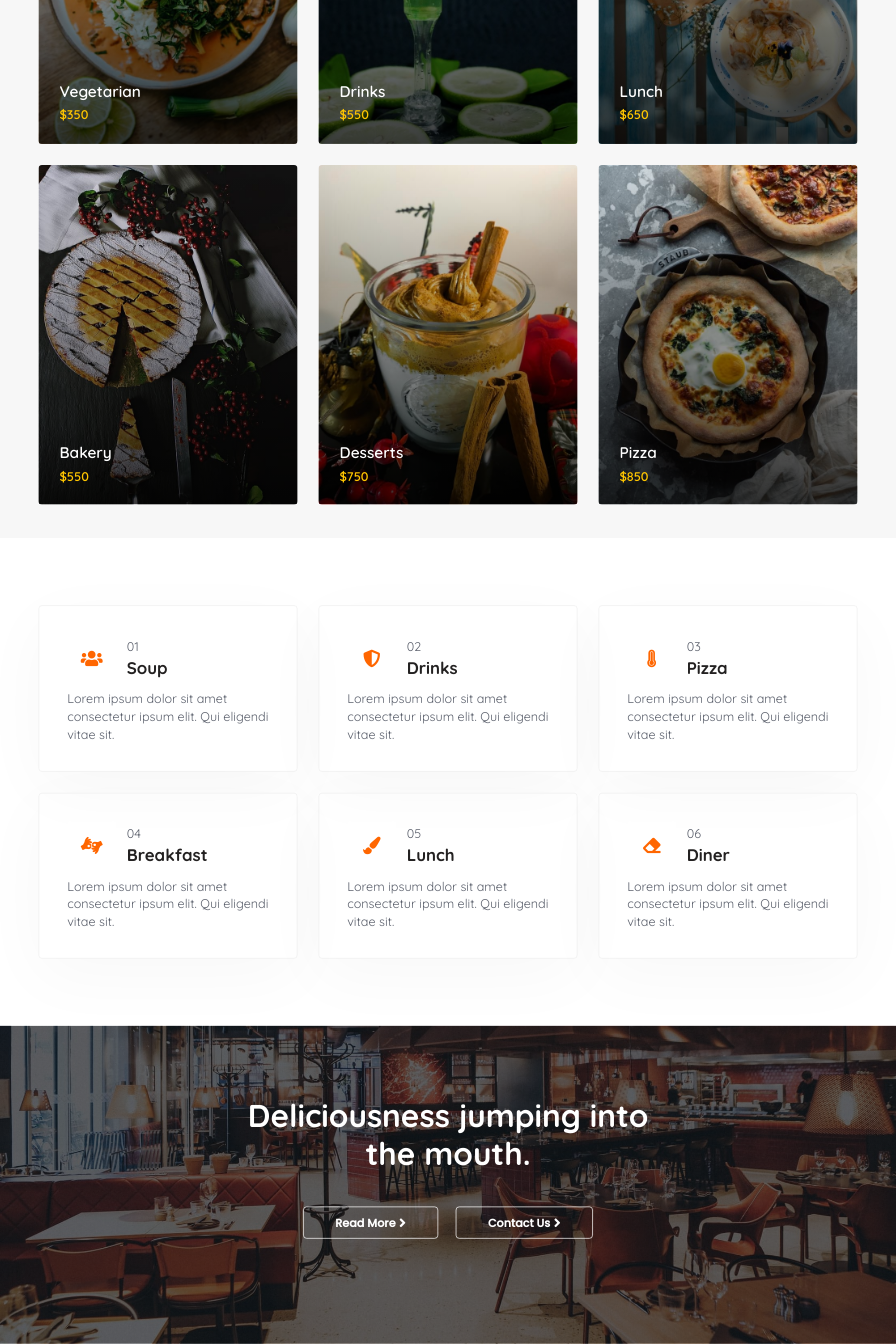
Repository: baobaodeveloper/bootscap21_project_AnhBao_VietToan_VietDuc
Page: index.html
The author's editor kept a copy of each file at every save. The page is drawn from the files as they stood at one save, then again after the next save.
The browser window is 1280 px wide. The pictures show the part of the page from y = 2031 to 3951 px (the page is 3951 px tall), at 70% of full size.
Backgrounds fixed to the window are drawn as part of the page.

Above is the page before, as saved 2022-03-04 08:56:59.

After the next save:
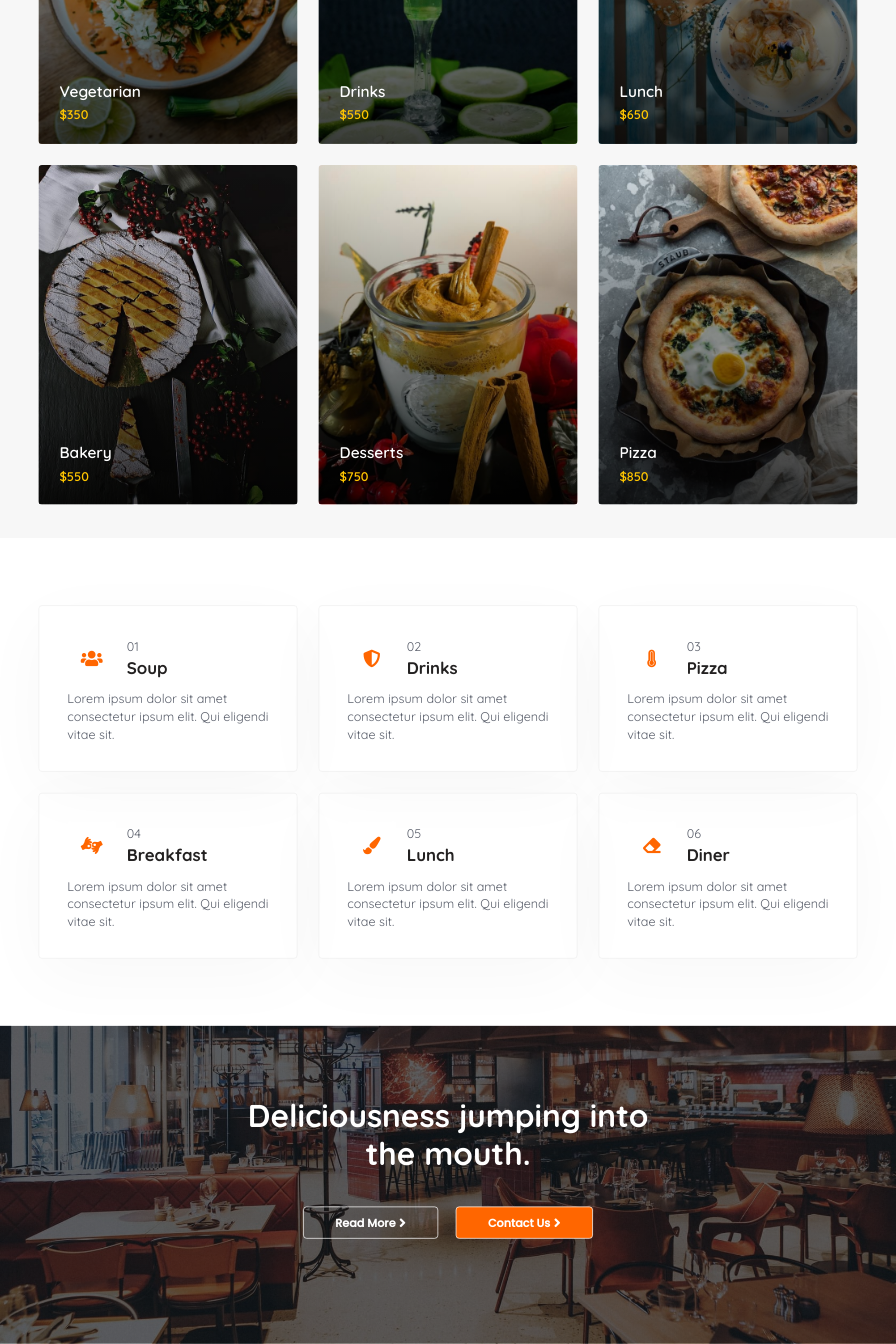
Saved 41 s later.
--- a/style.css
+++ b/style.css
@@ -52,6 +52,10 @@ body {
   font-family: var(--primary-font);
   font-size: 1.8rem;
   line-height: 1.2;
+}
+
+.btn.active {
+  background-color: var(--primary-color);
 }
 
 .pad-med {
